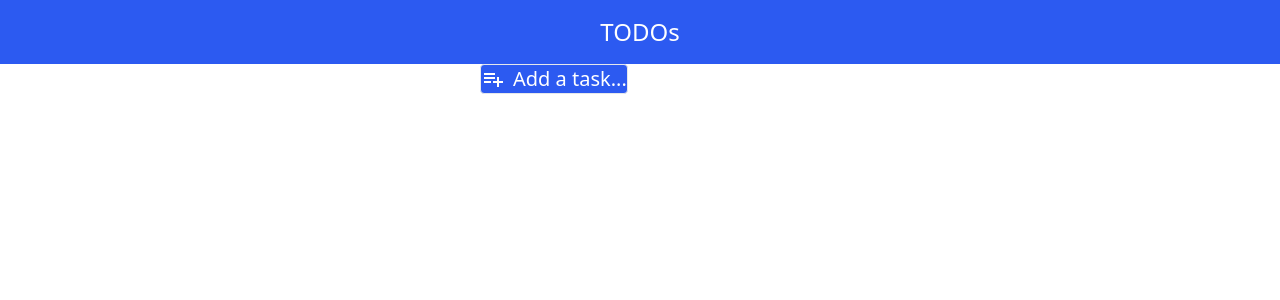
Repository: Jay-JYKim91/wanted-pre-onboarding-challenge-fe-1
Page: /
An editor plug-in stored every save of this project. The page is shown before and after the next save, followed by the edit.
The browser window is 1280 px wide. The pictures show the whole page.
The project was rebuilt for these pictures with package versions that can differ from the ones it lists, and the page was loaded fresh each time. Also part of the build but not shown: src/page/Auth.tsx.

Above is the page before, as saved 2022-08-01 22:15:10.

### src/index.tsx
import React from "react"
import ReactDOM from "react-dom/client"
import "./index.css"
import App from "./App"
import { BrowserRouter } from "react-router-dom"

const root = ReactDOM.createRoot(document.getElementById("root") as HTMLElement)
root.render(
  <React.StrictMode>
    <BrowserRouter>
      <App />
    </BrowserRouter>
  </React.StrictMode>
)

### src/App.tsx
import React, { useEffect } from "react"
import { Route, Routes, useNavigate } from "react-router-dom"
import Auth from "./page/Auth"
import Main from "./page/Main"

function App() {
  const navigate = useNavigate()

  useEffect(() => {
    const userToken = window.localStorage.getItem("userToken")
    if (userToken === "") {
      window.alert("Please login first.")
      navigate("/auth")
    }
  }, [])

  return (
    <div className="App">
      <header className="bg-primary-900 text-white text-center py-4 text-2xl">
        <span>TODOs</span>
      </header>
      <Routes>
        <Route path="/" element={<Main />} />
        <Route path="/auth" element={<Auth />} />
      </Routes>
    </div>
  )
}

export default App

### src/page/Main.tsx
import React from "react"
import { MdPlaylistAdd } from "react-icons/md"

function Main() {
  return (
    <div className="max-w-xs m-auto">
      <button
        type="button"
        className="flex items-center border rounded bg-primary-900 text-white"
      >
        <MdPlaylistAdd className="mr-2 text-2xl" />
        <span className="text-xl">Add a task...</span>
      </button>
    </div>
  )
}

export default Main

### tailwind.config.js
/** @type {import('tailwindcss').Config} */
module.exports = {
  content: [
    "./src/**/*.{js,jsx,ts,tsx}",
  ],
  theme: {
    extend: {
      colors: {
        'primary': {
          100: '#47dfbc',
          500: '#428afe',
          900: '#2c5af1',
        }
      },
    },
  },
  plugins: [],
}

Loaded but not shown: public/index.html (common file); src/index.css (common file)

After the next save:
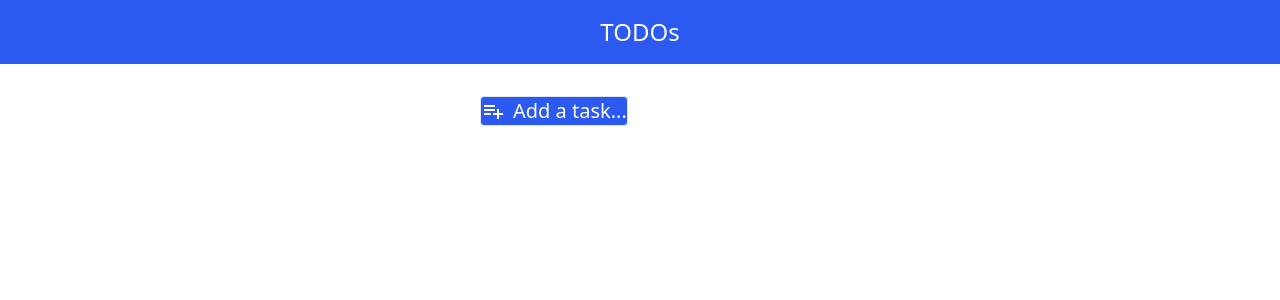
Saved 10 s later.
--- a/src/page/Main.tsx
+++ b/src/page/Main.tsx
@@ -3,7 +3,7 @@ import { MdPlaylistAdd } from "react-icons/md"
 
 function Main() {
   return (
-    <div className="max-w-xs m-auto">
+    <div className="max-w-xs mx-auto my-8">
       <button
         type="button"
         className="flex items-center border rounded bg-primary-900 text-white"
